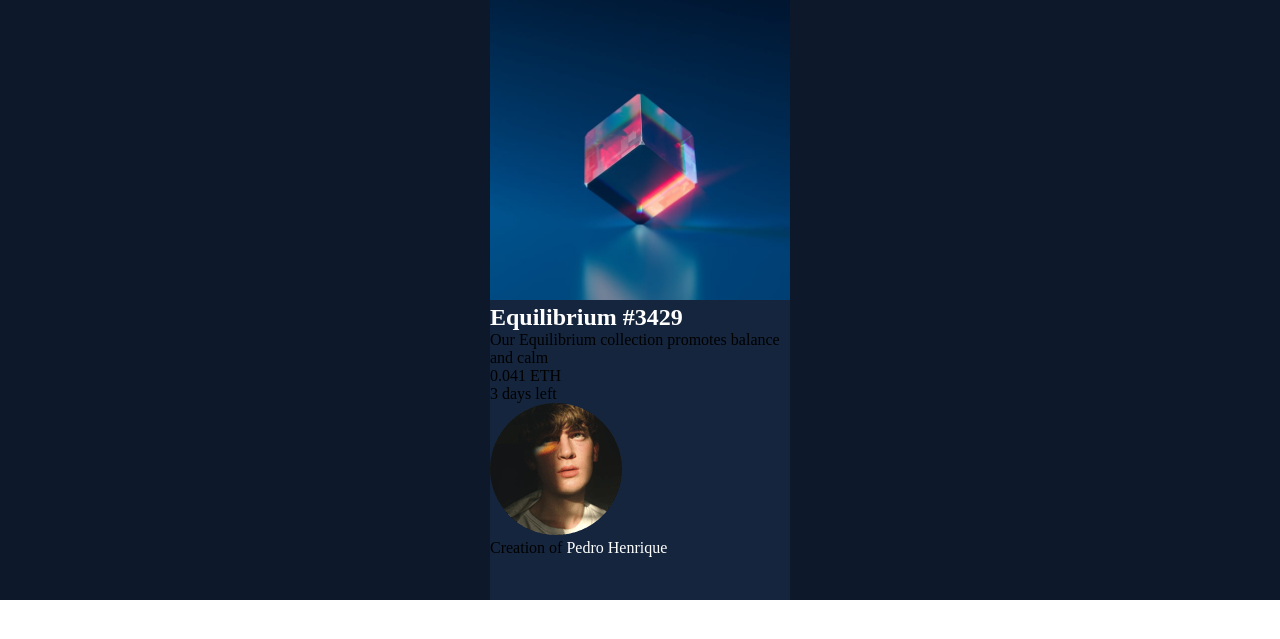
Repository: PedroHEAA/nft
Page: index.html
An editor plug-in stored every save of this project. The page is shown before and after the next save, followed by the edit.
The browser window is 1280 px wide. The pictures show the whole page.

Above is the page before, as saved 2022-11-03 19:48:13.

After the next save:
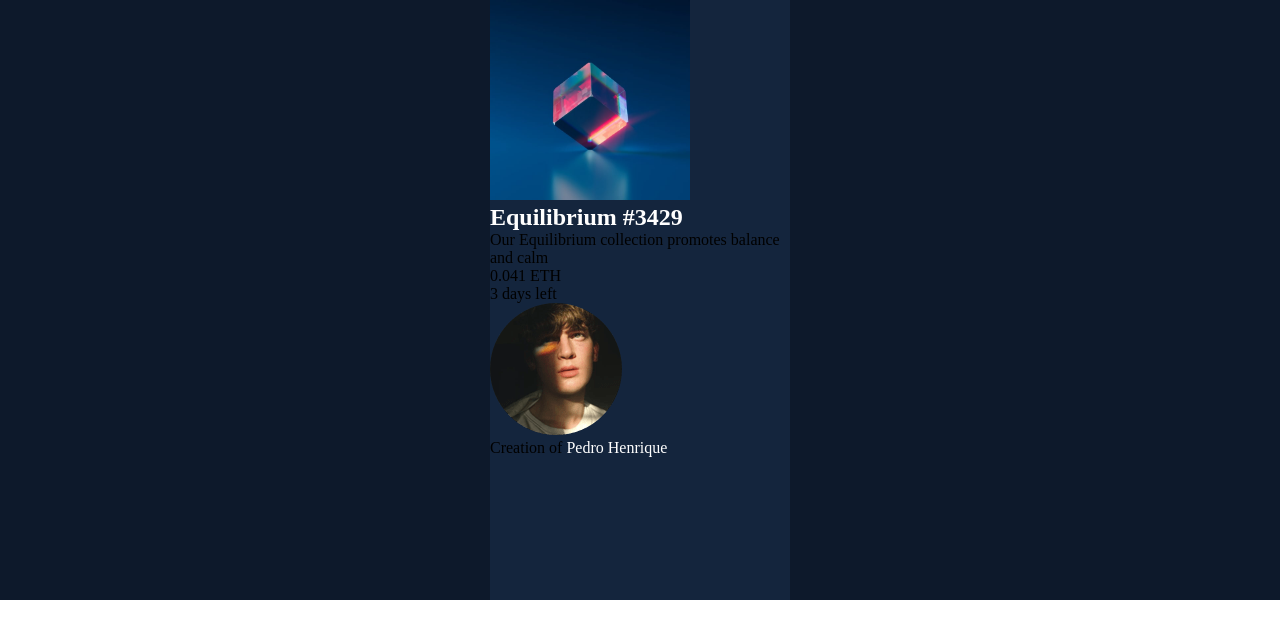
Saved 8 s later.
--- a/index.html
+++ b/index.html
@@ -16,7 +16,7 @@
         <div class="card">
 
             <a href="#">
-                <img src="src/images/image-equilibrium.jpg" alt="Equilibrium NFT image" width="300px">
+                <img src="src/images/image-equilibrium.jpg" alt="Equilibrium NFT image" width="200px">
             </a>
 
                 <a href="#">
